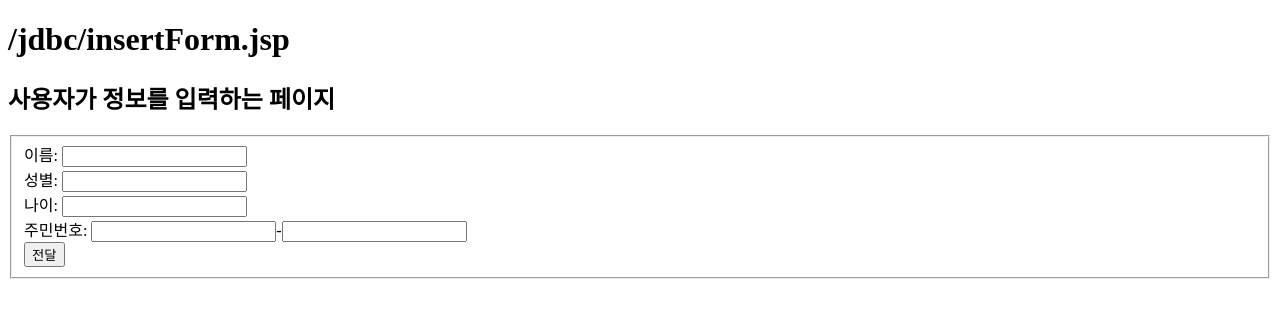
Repository: HeeYoung9/young9
Page: http://localhost/JSP7/JDBC/insertForm.jsp
The author's editor kept a copy of each file at every save. The page is drawn from the files as they stood at one save, then again after the next save.
The browser window is 1280 px wide. The pictures show the whole page.
The page is served by Tomcat 9.

Above is the page before, as saved 2023-08-28 02:40:57.

### JSP7/src/main/webapp/JDBC/insertForm.jsp
<%@ page language="java" contentType="text/html; charset=UTF-8"
    pageEncoding="UTF-8"%>
<!DOCTYPE html>
<html>
<head>
<meta charset="UTF-8">
<title>insertForm.jsp</title>
</head>
<body>

<h1> /jdbc/insertForm.jsp </h1>

<h2> 사용자가 정보를 입력하는 페이지</h2>

<fieldset>
<form action ="">

	이름: <input> <br>
	성별: <input> <br>
	나이: <input> <br>
	주민번호: <input>-<input> <br>

	<input type="submit" value="전달">

</form>
</fieldset>
</body>
</html>

After the next save:
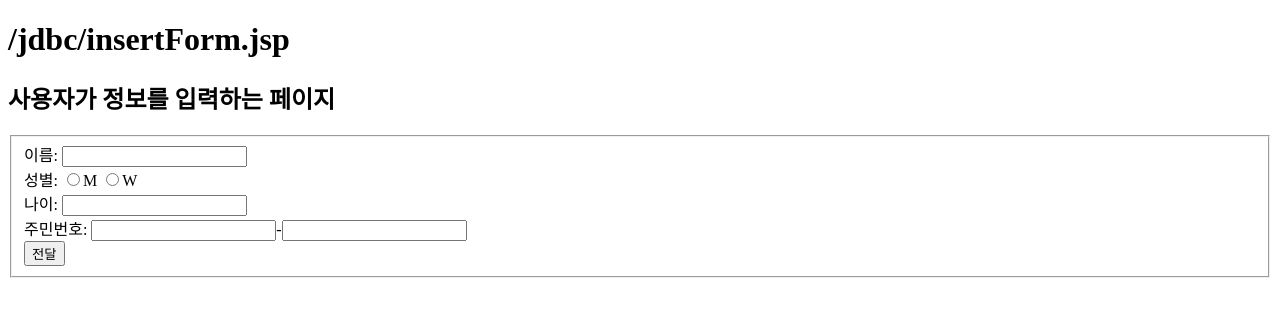
Saved 79 s later.
--- a/JSP7/src/main/webapp/JDBC/insertForm.jsp
+++ b/JSP7/src/main/webapp/JDBC/insertForm.jsp
@@ -15,9 +15,10 @@
 <fieldset>
 <form action ="">
 
-	이름: <input> <br>
-	성별: <input> <br>
-	나이: <input> <br>
+	이름: <input type="text" name="name" > <br>
+	성별: <input type="radio" name="gender" value="M">M
+		  <input type="radio" name="gender" value="W">W <br>
+	나이: <input > <br>
 	주민번호: <input>-<input> <br>
 
 	<input type="submit" value="전달">
